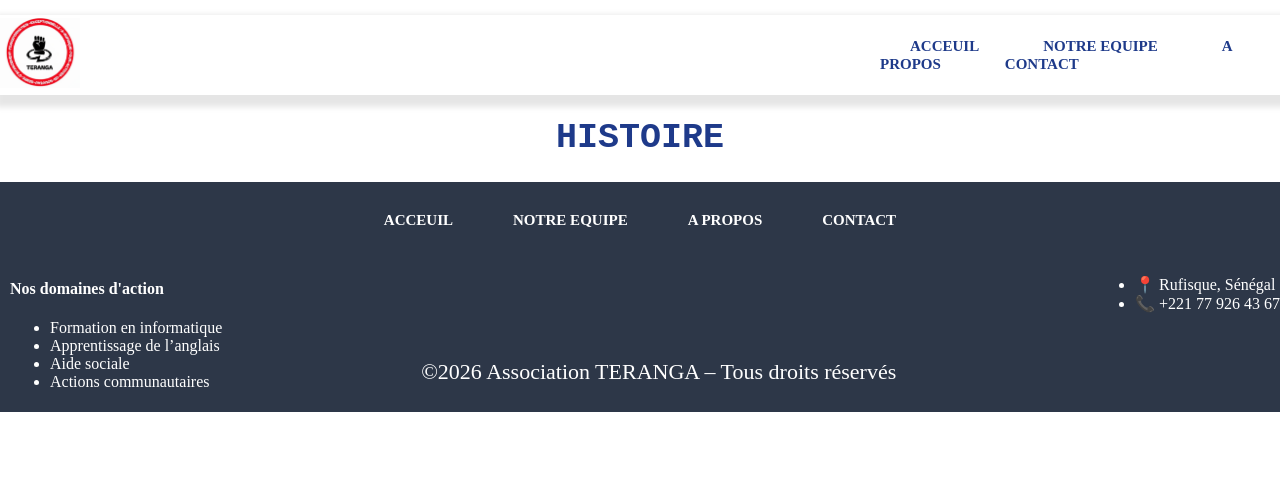
Repository: assanendao171/projet-teranga
Page: propos.html
The author's editor kept a copy of each file at every save. The page is drawn from the files as they stood at one save, then again after the next save.
The browser window is 1280 px wide. The pictures show the whole page.

Above is the page before, as saved 2026-02-12 11:30:57.

After the next save:
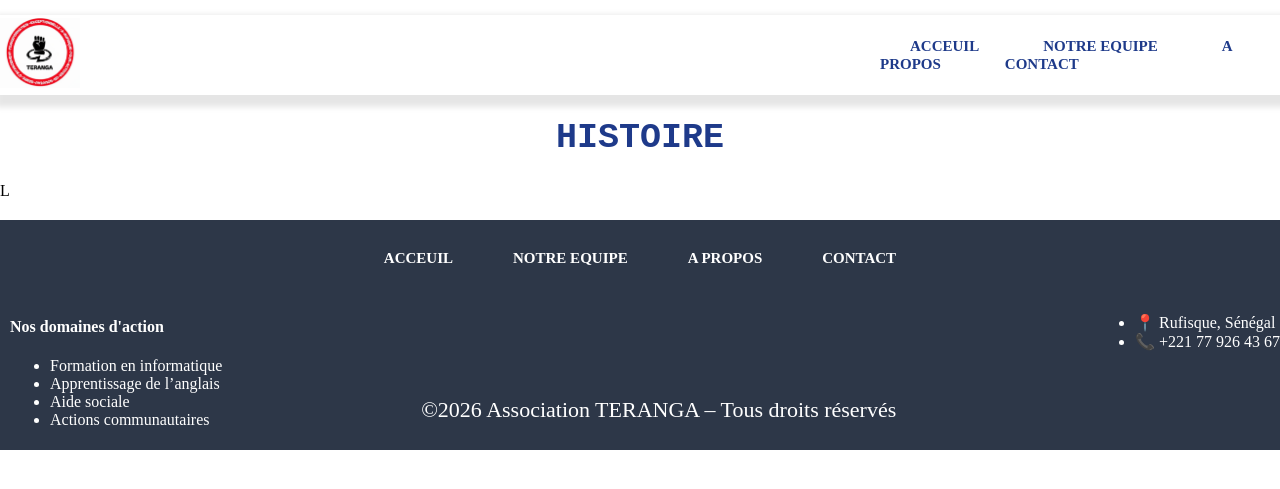
Saved 22 s later.
--- a/propos.html
+++ b/propos.html
@@ -28,7 +28,7 @@
 <!-- section histoire -->
       <h1 id="histoire">HISTOIRE</h1>
 <div class="contain-histoire">
-<p></p>
+<p>L</p>
 </div>
 
 </main>
